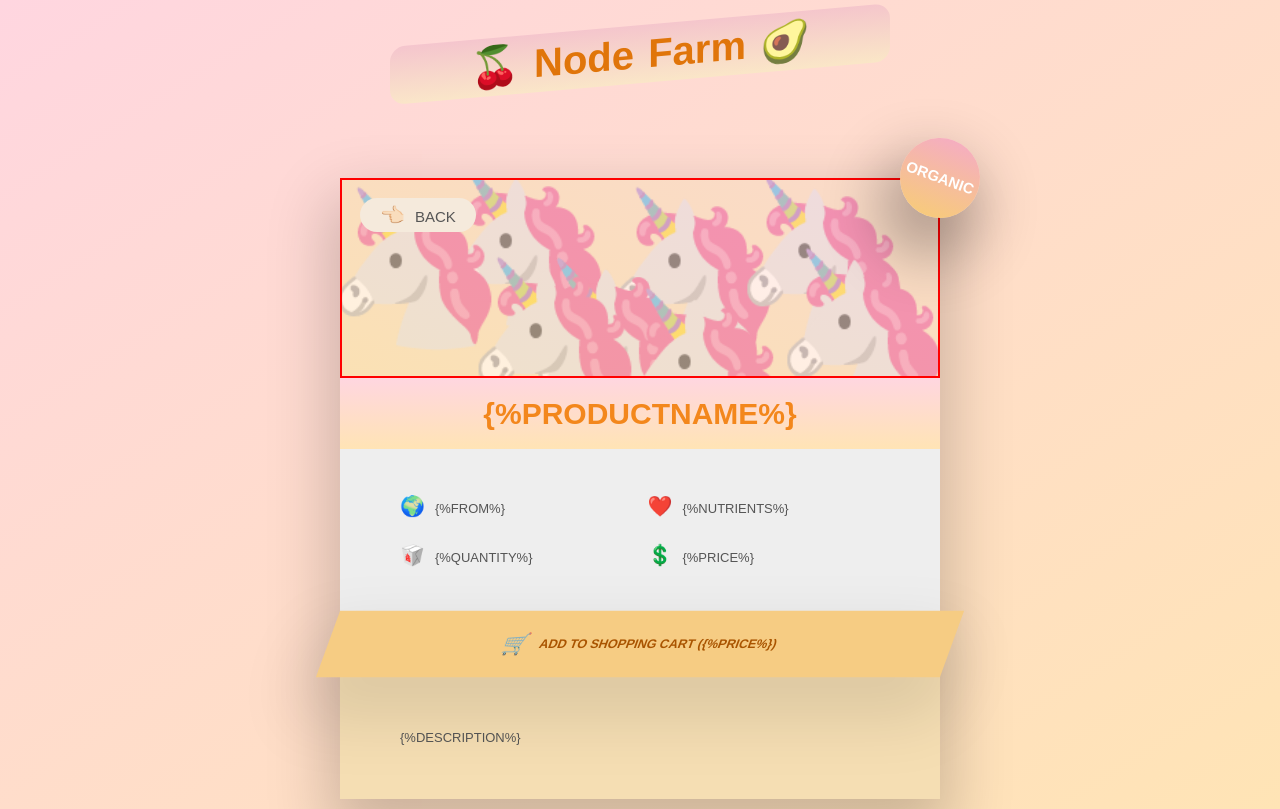
Repository: Kubraaygun/NodeFarm_Backend
Page: templates/product.html
The author's editor kept a copy of each file at every save. The page is drawn from the files as they stood at one save, then again after the next save.
The browser window is 1280 px wide. The pictures show the whole page.

Above is the page before, as saved 2025-09-09 23:20:02.

After the next save:
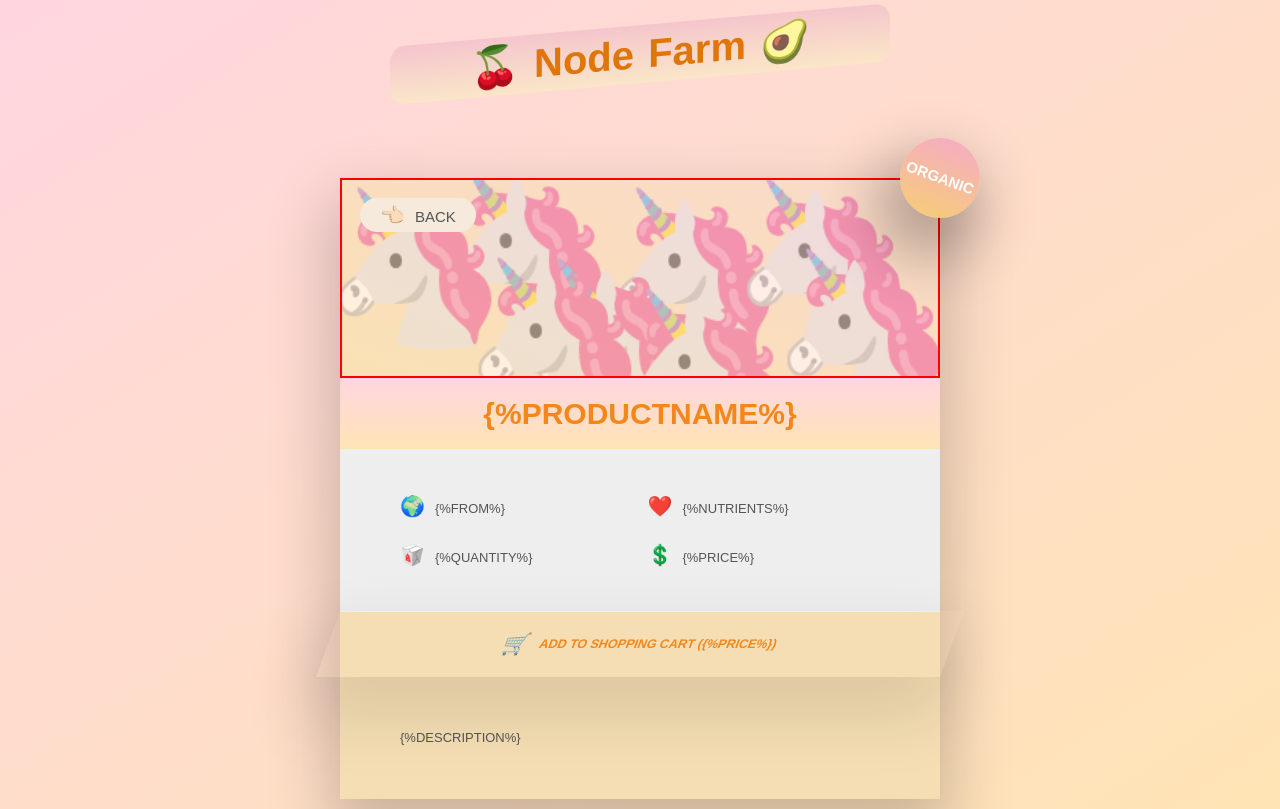
Saved 4 s later.
--- a/templates/product.html
+++ b/templates/product.html
@@ -195,8 +195,7 @@
       .product__link:link,
       .product__link:visited {
         display: block;
-        background-color: #f6cc83;
-        color: rgb(169, 84, 0);
+        color: rgb(243, 135, 28);
         font-size: 1.2rem;
         font-weight: 700;
         text-transform: uppercase;
